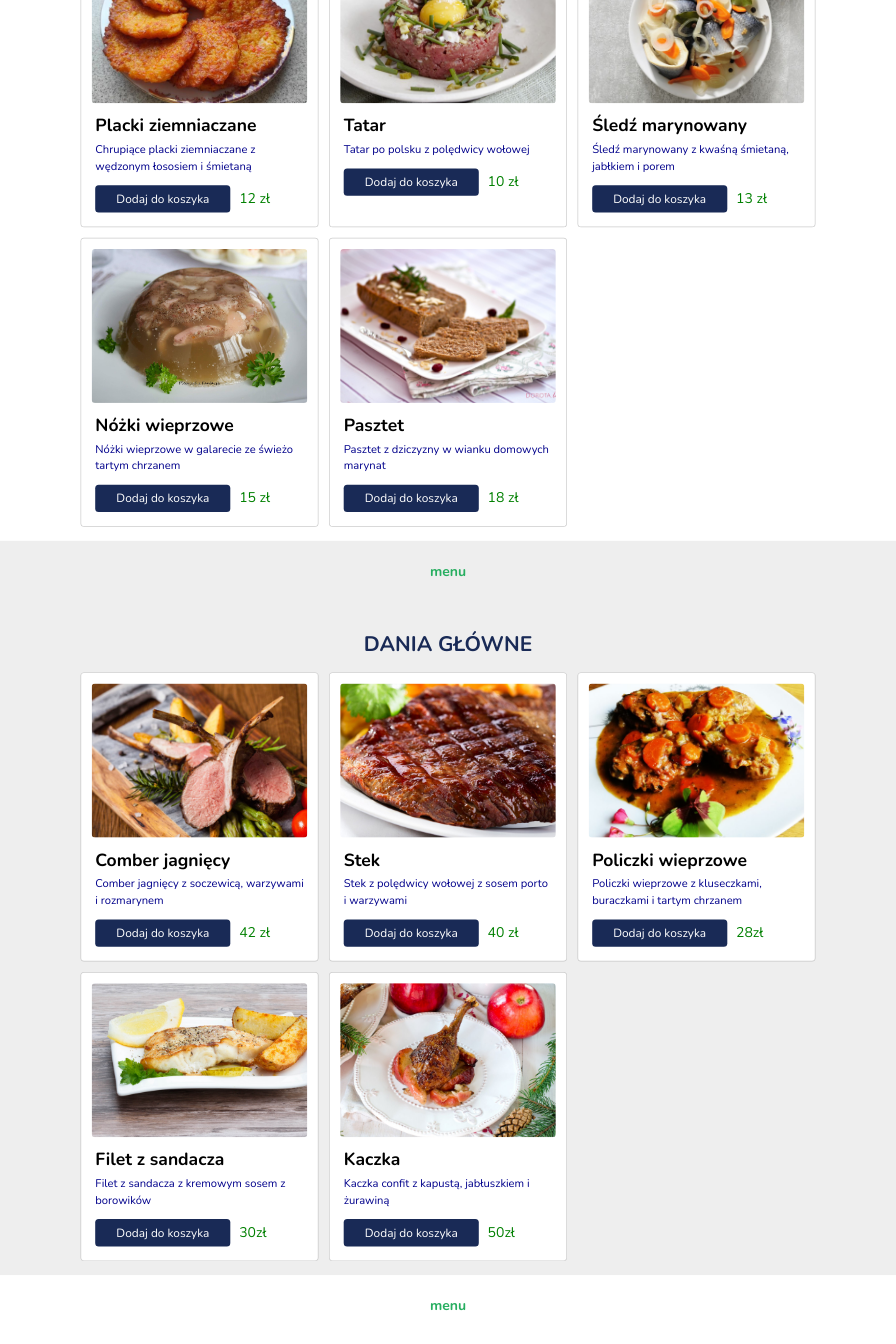
Repository: bartlomiejcichewicz/pasibrzuch
Page: index.html
An editor plug-in stored every save of this project. The page is shown before and after the next save, followed by the edit.
The browser window is 1280 px wide. The pictures show the part of the page from y = 892 to 2812 px (the page is 4166 px tall), at 70% of full size.

Above is the page before, as saved 2022-02-22 13:34:30.

### index.html
<!DOCTYPE html>
<html lang="pl-PL">
<head>
    <meta charset="utf-8">
    <meta name="viewport" content="width=device-width, initial-scale=1.0">
    <title>Pasibrzuch</title>
    <link rel="stylesheet" href="https://cdnjs.cloudflare.com/ajax/libs/font-awesome/5.15.3/css/all.min.css">
    <link rel="stylesheet" href="css/about.css">
    <link rel="stylesheet" href="css/menu.css">
    <link rel="stylesheet" href="css/footer.css">
    <link rel="stylesheet" href="css/styles.css">

</head>
<body>

<header>

    <a href="#" class="logo"><img src="./images/logo.jpg"></a>

    <nav class="navbar">
        <a href="#">O Nas</a>
        <a href="#appetizers">Przystawki</a>
        <a href="#maincourse">Dania Główne</a>
        <a href="#drinks">Napoje</a>
        <a href="#contact">Kontakt</a>
    </nav>

    <div class="icons">
        <i class="fas fa-bars" id="menu-bars"></i>
        <a href="#" class="fas fa-shopping-cart"></a>
    </div>

</header>

<section class="about" id="about">

    <h3 class="sub-heading">o nas</h3>
    <h1 class="heading">Catering Pasibrzuch</h1>

    <div class="row">

        <div class="image">
            <img src="images/about-img.png" alt="">
        </div>

        <div class="content">
            <h3>Najlepsze jedzenie w Warszawie!</h3>
            <p>Jako firma z wieloletnim doświadczeniem przykładamy dużą uwagę do elastyczności w obsłudze klientów oraz dbałości o świeżość i jakość produktów wykorzystywanych w naszych daniach.</p>
            <p>Najsmacznniej, najtaniej, najszybciej. Zamów z dowozem już teraz.</p>
            <div class="icons-container">
                <div class="icons">
                    <i class="fas fa-shipping-fast"></i>
                    <span>Darmowa dostawa</span>
                </div>
                <div class="icons">
                    <i class="fas fa-dollar-sign"></i>
                    <span>Łatwa płatność</span>
                </div>
                <div class="icons">
                    <i class="fas fa-headset"></i>
                    <span>Serwis telefoniczny 24/7</span>
                </div>
            </div>
        </div>

    </div>

</section>

<section class="menu" id="appetizers">

    <h3 class="sub-heading">menu</h3>
    <h1 class="heading">przystawki</h1>

    <div class="box-container">

        <div class="box">
            <div class="image">
                <img src="images/menu-1.jpg" alt="">
            </div>
            <div class="content">
                <h3>Placki ziemniaczane</h3>
                <p>Chrupiące placki ziemniaczane z wędzonym łososiem i śmietaną</p>
                <a href="#" class="btn">Dodaj do koszyka</a>
                <span class="price">12 zł</span>
            </div>
        </div>

        <div class="box">
            <div class="image">
                <img src="images/menu-2.jpeg" alt="">
            </div>
            <div class="content">
                <h3>Tatar</h3>
                <p>Tatar po polsku z polędwicy wołowej</p>
                <a href="#" class="btn">Dodaj do koszyka</a>
                <span class="price">10 zł</span>
            </div>
        </div>

        <div class="box">
            <div class="image">
                <img src="images/menu-3.jpeg" alt="">
            </div>
            <div class="content">
                <h3>Śledź marynowany</h3>
                <p>Śledź marynowany z kwaśną śmietaną, jabłkiem i porem</p>
                <a href="#" class="btn">Dodaj do koszyka</a>
                <span class="price">13 zł</span>
            </div>
        </div>

        <div class="box">
            <div class="image">
                <img src="images/menu-4.jpg" alt="">
            </div>
            <div class="content">
                <h3>Nóżki wieprzowe</h3>
                <p>Nóżki wieprzowe w galarecie ze świeżo tartym chrzanem</p>
                <a href="#" class="btn">Dodaj do koszyka</a>
                <span class="price">15 zł</span>
            </div>
        </div>

        <div class="box">
            <div class="image">
                <img src="images/menu-5.jpg" alt="">
            </div>
            <div class="content">
                <h3>Pasztet</h3>
                <p>Pasztet z dziczyzny w wianku domowych marynat</p>
                <a href="#" class="btn">Dodaj do koszyka</a>
                <span class="price">18 zł</span>
            </div>
        </div>

    </div>

</section>

<section class="menu" id="maincourse">

    <h3 class="sub-heading">menu</h3>
    <h1 class="heading">dania główne</h1>

    <div class="box-container">

        <div class="box">
            <div class="image">
                <img src="images/menu-6.jpg" alt="">
            </div>
            <div class="content">
                <h3>Comber jagnięcy</h3>
                <p>Comber jagnięcy z soczewicą, warzywami i rozmarynem</p>
                <a href="#" class="btn">Dodaj do koszyka</a>
                <span class="price">42 zł</span>
            </div>
        </div>

        <div class="box">
            <div class="image">
                <img src="images/menu-7.jpg" alt="">
            </div>
            <div class="content">
                <h3>Stek</h3>
                <p>Stek z polędwicy wołowej z sosem porto i warzywami</p>
                <a href="#" class="btn">Dodaj do koszyka</a>
                <span class="price">40 zł</span>
            </div>
        </div>

        <div class="box">
            <div class="image">
                <img src="images/menu-8.jpg" alt="">
            </div>
            <div class="content">
                <h3>Policzki wieprzowe</h3>
                <p>Policzki wieprzowe z kluseczkami, buraczkami i tartym chrzanem</p>
                <a href="#" class="btn">Dodaj do koszyka</a>
                <span class="price">28zł</span>
            </div>
        </div>

        <div class="box">
            <div class="image">
                <img src="images/menu-9.jpg" alt="">
            </div>
            <div class="content">
                <h3>Filet z sandacza</h3>
                <p>Filet z sandacza z kremowym sosem z borowików</p>
                <a href="#" class="btn">Dodaj do koszyka</a>
                <span class="price">30zł</span>
            </div>
        </div>

        <div class="box">
            <div class="image">
                <img src="images/menu-10.jpg" alt="">
            </div>
            <div class="content">
                <h3>Kaczka</h3>
                <p>Kaczka confit z kapustą, jabłuszkiem i żurawiną</p>
                <a href="#" class="btn">Dodaj do koszyka</a>
                <span class="price">50zł</span>
            </div>
        </div>

    </div>

</section>

<section class="menu" id="drinks">

    <h3 class="sub-heading">menu</h3>
    <h1 class="heading">napoje</h1>

    <div class="box-container">

        <div class="box">
            <div class="image">
                <img src="images/menu-11.jpg" alt="">
            </div>
            <div class="content">
                <h3>koktail gejpfrutowo-jabłkowy</h3>
                <p>grejpfrut, jabłko, imbir (200ml)</p>
                <a href="#" class="btn">Dodaj do koszyka</a>
                <span class="price">8 zł</span>
            </div>
        </div>

        <div class="box">
            <div class="image">
                <img src="images/menu-11.jpg" alt="">
            </div>
            <div class="content">
                <h3>koktail grejpfrutowo-truskawkowy</h3>
                <p>truskawki, grejpfrut, mięta (200ml)</p>
                <a href="#" class="btn">Dodaj do koszyka</a>
                <span class="price">8 zł</span>
            </div>
        </div>

        <div class="box">
            <div class="image">
                <img src="images/menu-11.jpg" alt="">
            </div>
            <div class="content">
                <h3>Koktail jabłkowo-truskawkowy</h3>
                <p>truskawki, jabłko, mięta (200ml)</p>
                <a href="#" class="btn">Dodaj do koszyka</a>
                <span class="price">8zł</span>
            </div>
        </div>

        <div class="box">
            <div class="image">
                <img src="images/menu-11.jpg" alt="">
            </div>
            <div class="content">
                <h3>Koktail bananowo-jabłkowy</h3>
                <p>banan, jabłko, imbir (200ml)</p>
                <a href="#" class="btn">Dodaj do koszyka</a>
                <span class="price">10zł</span>
            </div>
        </div>

        <div class="box">
            <div class="image">
                <img src="images/menu-11.jpg" alt="">
            </div>
            <div class="content">
                <h3>Koktail jabłkowo-pomarańczowy</h3>
                <p>jabłko, pomarańcza, imbir (200ml)</p>
                <a href="#" class="btn">Dodaj do koszyka</a>
                <span class="price">10zł</span>
            </div>
        </div>

    </div>

</section>

<section class="footer" id="contact">

    <div class="box-container">

        <div class="box">
            <h3>Lokalizacja</h3>
                <div class="mapouter">
                <div class="gmap_canvas">
                    <iframe id="gmap_canvas" src="https://maps.google.com/maps?q=warszawa%20kwitn%C4%85ca%2017&t=&z=17&ie=UTF8&iwloc=&output=embed" frameborder="0" scrolling="no" marginheight="0" marginwidth="0">
                    </iframe>
                </div>
            </div>
        </div>

        <div class="box">
            <h3>Kontakt</h3>
            <a>+48 777 333 111</a>
            <a>+48 777 333 222</a>
            <a>kontakt@pasibrzuch.pl</a>
            <a>ul. Kwitnąca 17</a>
            <a>01-926 Warszawa</a>
        </div>

        <div class="box">
            <h3>Śledź nas</h3>
            <a href="#">Facebook</a>
            <a href="#">Twitter</a>
            <a href="#">Instagram</a>
        </div>

        <div class="box">
            <h3>Nawigacja</h3>
            <a href="#">O Nas</a>
            <a href="#appetizers">Przystawki</a>
            <a href="#maincourse">Dania główne</a>
            <a href="#drinks">Napoje</a>
        </div>
    </div>

</section>

</body>
</html>

### css/about.css

.about .row{
    display: flex;
    flex-wrap: wrap;
    gap:1.5rem;
    align-items: center;
}

.about .row .image{
    flex:1 1 45rem;
}

.about .row .image img{
    width: 100%;
}

.about .row .content{
    flex:1 1 45rem;
}

.about .row .content h3{
    color:black);
    font-size: 4rem;
    padding:.5rem 0;
}

.about .row .content p{
    color:darkblue;
    font-size: 1.5rem;
    padding:.5rem 0;
    line-height: 2;
}

.about .row .content .icons-container{
    display: flex;
    gap:1rem;
    flex-wrap: wrap;
    padding:1rem 0;
    margin-top: .5rem;
}

.about .row .content .icons-container .icons{
    background:#eee;
    border-radius: .5rem;
    border:.1rem solid rgba(0,0,0,.2);
    display: flex;
    align-items: center;
    justify-content: center;
    gap:1rem;
    flex:1 1 17rem;
    padding:1.5rem 1rem;
}

.about .row .content .icons-container .icons i{
    font-size: 2.5rem;
    color:green;
}

.about .row .content .icons-container .icons span{
    font-size: 1.5rem;
    color: black;
}

### css/menu.css
.menu .box-container{
    display: grid;
    grid-template-columns: repeat(auto-fit, minmax(30rem, 1fr));
    gap:1.5rem;
}

.menu .box-container .box{
    background: #fff;
    border:.1rem solid rgba(0,0,0,.2);
    border-radius: .5rem;
    box-shadow: grey;
}

.menu .box-container .box .image{
    height: 25rem;
    width: 100%;
    padding:1.5rem;
    overflow: hidden;
    position: relative;
}

.menu .box-container .box .image img{
    height: 100%;
    width: 100%;
    border-radius: .5rem;
    object-fit: cover;
}

.menu .box-container .box .image .fa-heart{
    position: absolute;
    top:2.5rem; right: 2.5rem;
    height: 5rem;
    width: 5rem;
    line-height: 5rem;
    text-align: center;
    font-size: 2rem;
    background: #fff;
    border-radius: 50%;
    color:black;
}

.menu .box-container .box .image .fa-heart:hover{
    background-color: green;
    color:#fff;
}

.menu .box-container .box .content{
    padding:2rem;
    padding-top: 0;
}

.menu .box-container .box .content .stars{
    padding-bottom: 1rem;
}

.menu .box-container .box .content .stars i{
   font-size: 1.7rem;
   color:green;
}

.menu .box-container .box .content h3{
    color:black;
    font-size: 2.5rem;
}

.menu .box-container .box .content p{
    color:darkblue;
    font-size: 1.6rem;
    padding:.5rem 0;
    line-height: 1.5;
}

.menu .box-container .box .content .price{
    color:green;
    margin-left: 1rem;
    font-size: 2rem;
}

### css/footer.css
.footer .box-container{
    display: grid;
    grid-template-columns: repeat(auto-fit, minmax(25rem, 1fr));
    gap:1.5rem;
}

.footer .box-container .box h3{
    padding:.5rem 0;
    font-size: 2.5rem;
    color: black;
}

.footer .box-container .box a{
    display: block;
    padding:.5rem 0;
    font-size: 1.5rem;
    color: darkblue;
}

.footer .box-container .box a:hover{
    color: green;
    text-decoration: underline;
}

.footer .credit{
    text-align: center;
    border-top: .1rem solid rgba(0,0,0,.1);
    font-size: 2rem;
    color: black;
    padding:.5rem;
    padding-top: 1.5rem;
    margin-top: 1.5rem;
}

.footer .credit span{
    color: green;
}

.mapouter {
    position: relative;
    text-align: right;
    height: 300px;
    width: 300px;
}

.gmap_canvas { overflow: hidden;
    background: none!important;
    height: 300px;
    width:300px;
}

iframe {
    width: 300px;
    height: 300px;
}

### css/styles.css
@import url('https://fonts.googleapis.com/css2?family=Nunito:wght@200;300;400;600;700&display=swap');

:root{
    --green:#27ae60;
    --black:#192a56;
    --light-color:#666;
    --box-shadow:0 .5rem 1.5rem rgba(0,0,0,.1);
}

*{
    font-family: 'Nunito', sans-serif;
    margin:0; padding:0;
    box-sizing: border-box;
    text-decoration: none;
    outline: none; border:none;
    transition: all .2s linear;
}

html{
    font-size: 62.5%;
    overflow-x: hidden;
    scroll-padding-top: 5.5rem;
    scroll-behavior: smooth;
}

section{
    padding:2rem 9%;
}

section:nth-child(even){
    background:#eee;
}

.sub-heading{
    text-align: center;
    color:var(--green);
    font-size: 2rem;
    padding-top: 1rem;
}

.heading{
    text-align: center;
    color:var(--black);
    font-size: 3rem;
    padding-bottom: 2rem;
    padding-top: 7rem;
    text-transform: uppercase;
}

.btn{
    margin-top: 1rem;
    display: inline-block;
    font-size: 1.7rem;
    color:#fff;
    background: var(--black);
    border-radius: .5rem;
    cursor: pointer;
    padding:.8rem 3rem;
}

.btn:hover{
    background: var(--green);
    letter-spacing: .1rem;
}

header{
    position: fixed;
    top:0; left: 0; right:0;
    background: #fff;
    padding:1rem 7%;
    display: flex;
    align-items: center;
    justify-content: space-between;
    z-index: 1000;
    box-shadow: var(--box-shadow);
}

header .logo{
    color:var(--black);
    font-size: 2.5rem;
    font-weight: bolder;
}

header .logo i{
    color:var(--green);
}

header .navbar a{
    font-size: 1.7rem;
    border-radius: .5rem;
    padding:.5rem 1.5rem;
    color:var(--light-color);
}

header .navbar a.active,
header .navbar a:hover{
    color:#fff;
    background: var(--green);
}

header .icons i,
header .icons a{
    cursor: pointer;
    margin-left: .5rem;
    height:4.5rem;
    line-height: 4.5rem;
    width:4.5rem;
    text-align: center;
    font-size: 1.7rem;
    color:var(--black);
    border-radius: 50%;
    background: #eee;
}

header .icons i:hover,
header .icons a:hover{
    color:#fff;
    background: var(--green);
    transform: rotate(360deg);
}

header .icons #menu-bars{
    display: none;
}

@media (max-width:991px){

    html{
        font-size: 55%;
    }

    header{
        padding:1rem 2rem;
    }

    section{
        padding:2rem;
    }


}

@media (max-width:768px){

    header .icons #menu-bars{
        display: inline-block;
    }

    header .navbar{
        position: absolute;
        top:100%; left:0; right:0;
        background:#fff;
        border-top: .1rem solid rgba(0,0,0,.2);
        border-bottom: .1rem solid rgba(0,0,0,.2);
        padding:1rem;
        clip-path: polygon(0 0, 100% 0, 100% 0, 0 0);
    }

    header .navbar.active{
        clip-path: polygon(0 0, 100% 0, 100% 100%, 0% 100%);
    }

    header .navbar a{
        display: block;
        padding:1.5rem;
        margin:1rem;
        font-size: 2rem;
        background:#eee;
    }

    .home .home-slider .slide .content h3{
        font-size: 5rem;
    }

}

@media (max-width:450px){

    html{
        font-size: 50%;
    }

    .dishes .box-container .box img{
        height:auto;
        width: 100%;
    }

    .order form .inputBox .input{
        width:100%;
    }

}

After the next save:
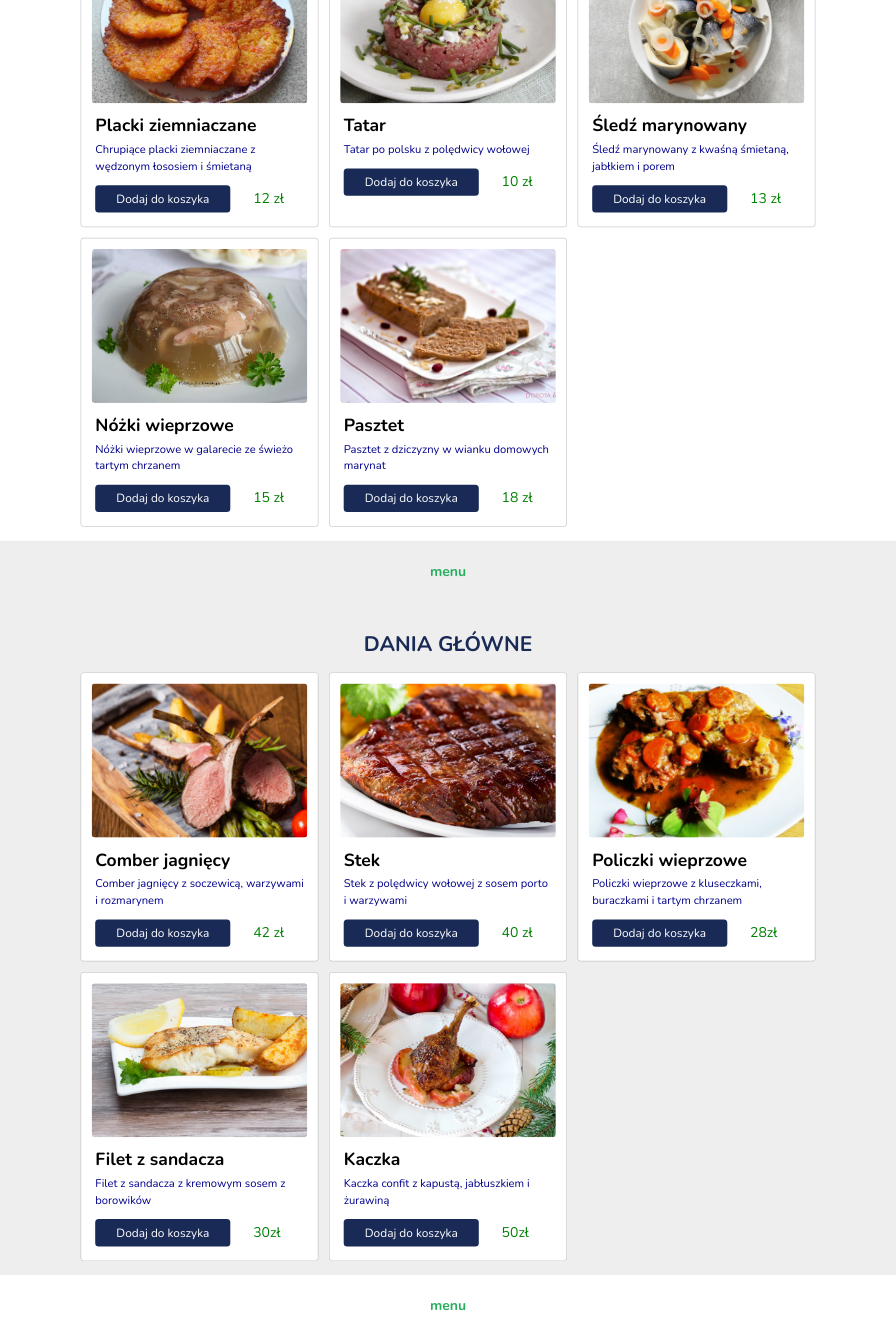
Saved 72 s later.
--- a/css/menu.css
+++ b/css/menu.css
@@ -72,6 +72,6 @@
 
 .menu .box-container .box .content .price{
     color:green;
-    margin-left: 1rem;
+    margin-left: 3rem;
     font-size: 2rem;
 }
